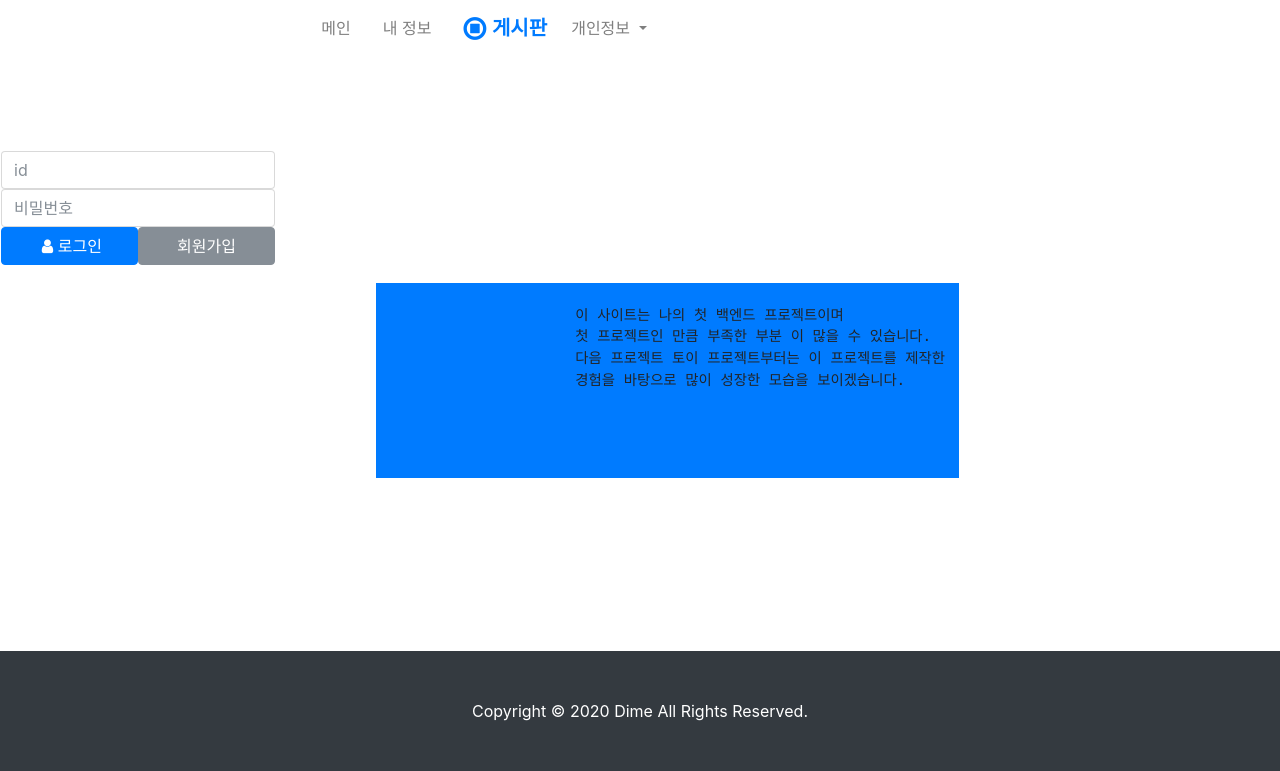
Repository: elecdime/jspboard
Page: http://localhost/BBS/projectbbs/Main.jsp
The author's editor kept a copy of each file at every save. The page is drawn from the files as they stood at one save, then again after the next save.
The browser window is 1280 px wide. The pictures show the whole page.
Some web libraries are served in a nearby version. The page is served by Tomcat 9.

Above is the page before, as saved 2020-07-08 12:58:19.

After the next save:
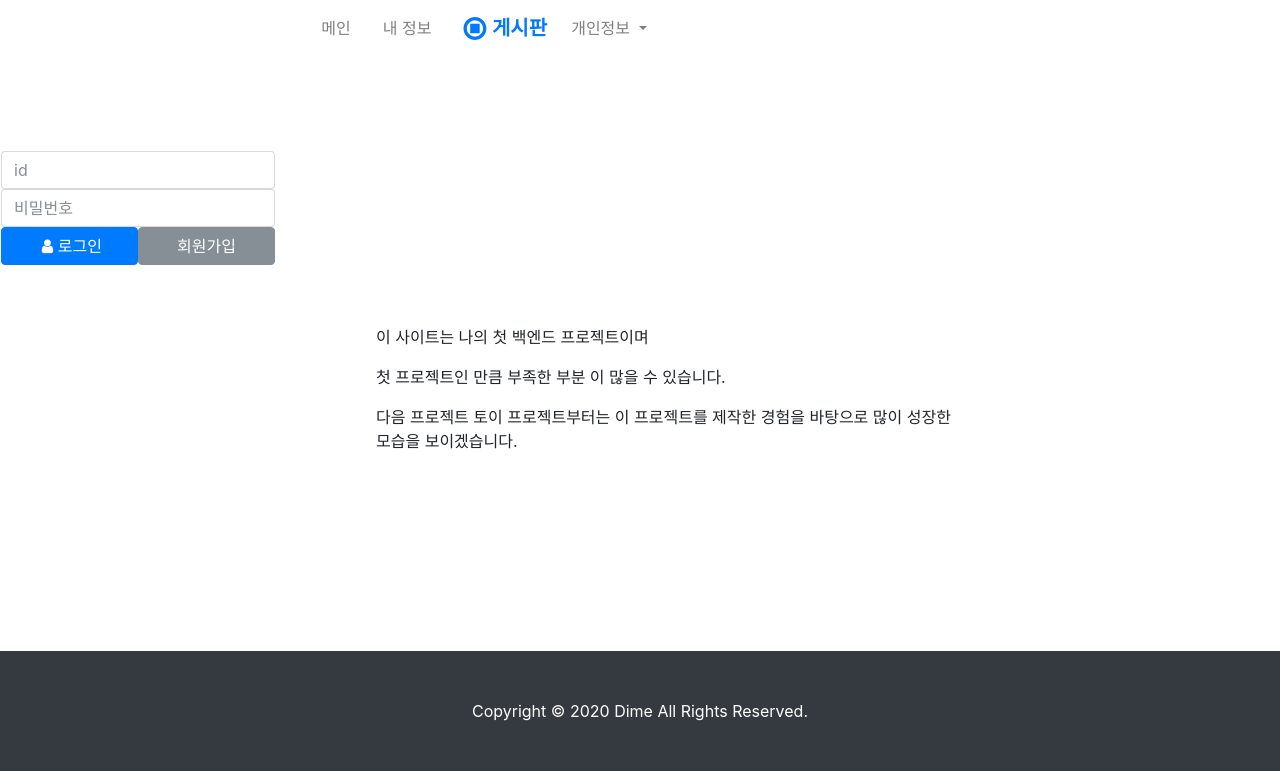
Saved 2 min 25 s later.
--- a/dime/project Web/BBS/WebContent/projectbbs/Main.jsp
+++ b/dime/project Web/BBS/WebContent/projectbbs/Main.jsp
@@ -32,15 +32,14 @@
                     <table width="100%" height="475" cellpadding="0" cellspacing="0" id="tables">
                         <tr >
                             <td border="3px">
-                            <pre class="bg-primary text-while">
-                       이 사이트는 나의 첫 백엔드 프로젝트이며
-                       첫 프로젝트인 만큼 부족한 부분 이 많을 수 있습니다.
+
+                     <p " text-while">이 사이트는 나의 첫 백엔드 프로젝트이며</p>
+                       <p " text-while">첫 프로젝트인 만큼 부족한 부분 이 많을 수 있습니다.</p>
                        다음 프로젝트 토이 프로젝트부터는 이 프로젝트를 제작한
                        경험을 바탕으로 많이 성장한 모습을 보이겠습니다.
 
 
 
-                          </pre>
 
 
                             </td>
